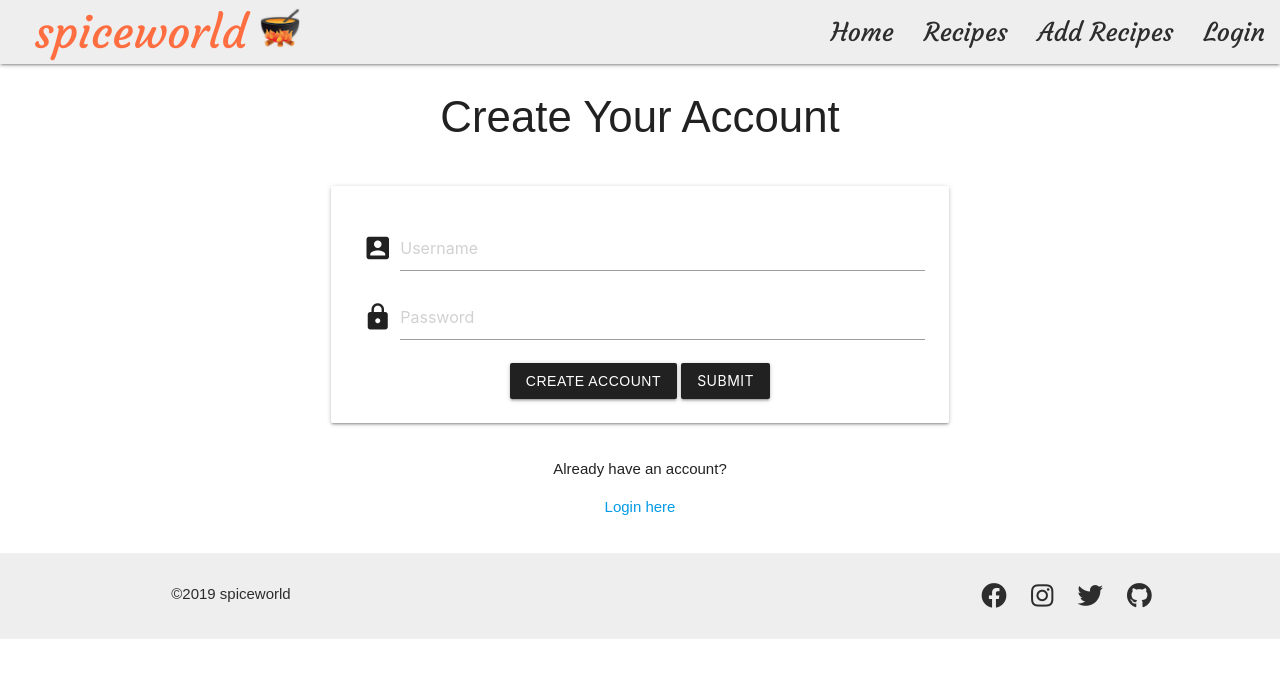
Repository: stephyraju/spiceworld
Page: templates/register.html
The author's editor kept a record of every edit. The page is drawn from the files as they stood at one moment, then again after the next edit.
The browser window is 1280 px wide. The pictures show the whole page.
Some web libraries are served in a nearby version. The page is served by the project's application, run on Flask 3 (app.py). The template is opened directly, without the code that normally fills it, so the values that code supplies are empty.

Above is the page before.

### templates/register.html
{% extends 'index.html' %} {% block content %}
<section class="register-form">
    <div class="row center">
        <h3>Create Your Account</h3>
    </div>
    <div class="row">
        <div class="col s12 m8 offset-m2 l6 offset-l3">
            <div class="card-panel login center">
                <form method="POST" action="{{url_for('register')}}">
                    <div class="input-field">
                        <i class="material-icons prefix">account_box</i>
                        <input type="text" id="username" name="username" class="form-control"
                        placeholder="Username" required>
                    </div>
                    <div class="input-field">
                        <i class="material-icons prefix">lock</i>
                        <input type="password" id="password" name="password" class="form-control"
                        placeholder="Password" required>
                    </div>
                    <a class="waves-effect waves-light btn grey darken-4" type="submit" name="action">CREATE ACCOUNT</a>
                    <button class="btn waves-effect waves-light btn grey darken-4" type="submit" name="action">Submit

  </button>
                </form>
            </div>
        </div>
    </div>
    <div class="row center">
        <p class="login-register text-center">Already have an account?</p>
        <p><a href="{{url_for('index')}}"><strong>Login here</strong></a></p>

        <!-- if the user already exists,display an error message  -->
        {% with messages = get_flashed_messages() %} {% if messages %} {% for message in messages %}
        <p class="error_message">{{ message }}</p>
        {% endfor %} {% endif %} {% endwith %}

</section>
{% endblock %}

### templates/index.html
{% extends 'base.html'%} {% block content %}
<!-- Title image -->
<section class="title-container section-container">
 <img src="{{ url_for('static', filename='images/titleimg.jpg') }}" alt="title image">
 <div class="intro-content">
  <h5>Everyday Cooking Recipes</h5>
 </div>
</section>

<!-- Category -->
<section class="catergory-container section-container">
 <div class="row">
  <div class="col s1 offset-s2">
   <!-- Dropdown Trigger -->
   <a class='dropdown-trigger' href='#' data-target='dropdown1'>Starter</a>
  </div>
  <!-- Dropdown Structure -->
  <ul id='dropdown1' class='dropdown-content'>
   <li><a href="#!">one</a></li>
   <li><a href="#!">two</a></li>
   <li><a href="#!">three</a></li>
   <li><a href="#!">four</a></li>
   <li><a href="#!">five</a></li>
  </ul>

  <div class="col s1">
   <!-- Dropdown Trigger -->
   <a class='dropdown-trigger' href='#' data-target='dropdown1'>Main</a>
  </div>
  <!-- Dropdown Structure -->
  <ul id='dropdown1' class='dropdown-content'>
   <li><a href="#!">one</a></li>
   <li><a href="#!">two</a></li>
   <li><a href="#!">three</a></li>
   <li><a href="#!">four</a></li>
   <li><a href="#!">five</a></li>
  </ul>
  <div class="col s1">
   <!-- Dropdown Trigger -->
   <a class='dropdown-trigger' href='#' data-target='dropdown1'>Snacks</a>
  </div>
  <!-- Dropdown Structure -->
  <ul id='dropdown1' class='dropdown-content'>
   <li><a href="#!">one</a></li>
   <li><a href="#!">two</a></li>
   <li><a href="#!">three</a></li>
   <li><a href="#!">four</a></li>
   <li><a href="#!">five</a></li>
  </ul>
  <div class="col s1">
   <!-- Dropdown Trigger -->
   <a class='dropdown-trigger' href='#' data-target='dropdown1'>Dessert</a>
  </div>
  <!-- Dropdown Structure -->
  <ul id='dropdown1' class='dropdown-content'>
   <li><a href="#!">one</a></li>
   <li><a href="#!">two</a></li>
   <li><a href="#!">three</a></li>
   <li><a href="#!">four</a></li>
   <li><a href="#!">five</a></li>
  </ul>
  <div class="col s1">
   <!-- Dropdown Trigger -->
   <a class='dropdown-trigger' href='#' data-target='dropdown1'>Drinks</a>
  </div>
  <!-- Dropdown Structure -->
  <ul id='dropdown1' class='dropdown-content'>
   <li><a href="#!">one</a></li>
   <li><a href="#!">two</a></li>
   <li><a href="#!">three</a></li>
   <li><a href="#!">four</a></li>
   <li><a href="#!">five</a></li>
  </ul>
  <div class="col s1">
   <!-- Dropdown Trigger -->
   <a class='dropdown-trigger' href='#' data-target='dropdown1'>Baking</a>
  </div>
  <!-- Dropdown Structure -->
  <ul id='dropdown1' class='dropdown-content'>
   <li><a href="#!">one</a></li>
   <li><a href="#!">two</a></li>
   <li><a href="#!">three</a></li>
   <li><a href="#!">four</a></li>
   <li><a href="#!">five</a></li>
  </ul>
  <div class="col s1">
   <!-- Dropdown Trigger -->
   <a class='dropdown-trigger' href='#' data-target='dropdown1'>BBQ</a>
  </div>
  <!-- Dropdown Structure -->
  <ul id='dropdown1' class='dropdown-content'>
   <li><a href="#!">one</a></li>
   <li><a href="#!">two</a></li>
   <li><a href="#!">three</a></li>
   <li><a href="#!">four</a></li>
   <li><a href="#!">five</a></li>
  </ul>
  <div class="col s1">
   <!-- Dropdown Trigger -->
   <a class='dropdown-trigger' href='#' data-target='dropdown1'>Salads</a>
  </div>
  <!-- Dropdown Structure -->
  <ul id='dropdown1' class='dropdown-content'>
   <li><a href="#!">one</a></li>
   <li><a href="#!">two</a></li>
   <li><a href="#!">three</a></li>
   <li><a href="#!">four</a></li>
   <li><a href="#!">five</a></li>
  </ul>
 </div>
</section>
<!-- Carosal-Display -->
<section class="carosal-display">
 <div class="row">

  <div class="carousel">
   <a class="carousel-item" href="#one!"><img src="https://lorempixel.com/250/250/nature/1"></a>
   <a class="carousel-item" href="#two!"><img src="https://lorempixel.com/250/250/nature/2"></a>
   <a class="carousel-item" href="#three!"><img src="https://lorempixel.com/250/250/nature/3"></a>
   <a class="carousel-item" href="#four!"><img src="https://lorempixel.com/250/250/nature/4"></a>
   <a class="carousel-item" href="#five!"><img src="https://lorempixel.com/250/250/nature/5"></a>
  </div>
 </div>
</section>
<!-- Description -->
<section class="section-container div-description">
 <div class="row cells center">
  <div class="col s12">
   <h4> How Does It Work </h3>
  </div>
  <div class="col s12 m4 content">
   <h5>1.Create</h5>
   <p>Lorem ipsum dolor sit amet, consectetuer adipiscing elit, sed diam nonummy nibh euismod tincidunt ut laoreet dolore magna aliquam erat volutpat. </p>
  </div>
  <div class="col s12 m4 content">
   <h5>2.Discover</h5>
   <p>Lorem ipsum dolor sit amet, consectetuer adipiscing elit, sed diam nonummy nibh euismod tincidunt ut laoreet dolore magna aliquam erat volutpat. </p>
  </div>
  <div class="col s12 m4 content">
   <h5>3.Organize</h5>
   <p>Lorem ipsum dolor sit amet, consectetuer adipiscing elit, sed diam nonummy nibh euismod tincidunt ut laoreet dolore magna aliquam erat volutpat. </p>
  </div>
 </div>
</section>

{% endblock %}

### templates/base.html
<!DOCTYPE html>
<html lang="en">

<head>
  <meta charset="UTF-8">
  <meta name="viewport" content="width=device-width, initial-scale=1.0">
  <meta http-equiv="X-UA-Compatible" content="ie=edge">
  <title>spiceworld</title>

  <!--Import Google Icon Font-->
  <link href="https://fonts.googleapis.com/icon?family=Material+Icons" rel="stylesheet">
  <!--Font Awesome-->
  <link rel="stylesheet" href="https://use.fontawesome.com/releases/v5.8.2/css/all.css" integrity="sha384-oS3vJWv+0UjzBfQzYUhtDYW+Pj2yciDJxpsK1OYPAYjqT085Qq/1cq5FLXAZQ7Ay" crossorigin="anonymous">
  <!--Materialize CSS-->
  <link rel="stylesheet" href="https://cdnjs.cloudflare.com/ajax/libs/materialize/1.0.0/css/materialize.min.css">
  <!--CSS-->
  <link rel="stylesheet" href="{{ url_for('static', filename='css/style.css')}}" type="text/css" />

</head>

<body>

  <!--Header-->
  <header class="navbar-fixed">
    <nav>
      <div class="nav-wrapper grey lighten-3">
        <a href="#" class="brand-logo">spiceworld <img class="hide-on-med-and-down" src="{{ url_for('static', filename='images/logo.png') }}"></a>
        <a href="#" data-target="mobile-sidenav" class="sidenav-trigger"><i class="fas fa-bars"></i></a>
        <ul id="nav-mobile" class="right hide-on-med-and-down">
          <li><a href="{{ url_for('index') }}">Home</a></li>
          <li><a href="{{ url_for('get_recipes') }}">Recipes</a></li>
          <li><a href="{{ url_for('add_recipe') }}">Add Recipes</a></li>
          <li><a href="{{url_for('register')}}">Login</a></li>

        </ul>
      </div>
    </nav>
  </header>
  <!--Sidenav-->
  <ul class="sidenav" id="mobile-sidenav">
    <img class="responsive-img" src="{{ url_for('static', filename='images/sidenav.png') }}" alt="spices-image">

    <li><a class="active" href="#">Home</a></li>
    <li><a href="#!">Recipes</a></li>

    <li><a href="#">Login</a></li>
    <li><a class="waves-effect" href="#!">Third Link With Waves</a></li>
  </ul>

  <main>
    {% block content %}
    {% endblock %}
  </main>

  <footer class="page-footer grey lighten-3">

     <div class="row footer-content">
        <div class="col s5 m6">
          <div class="copyright">&copy;2019 spiceworld</div>
        </div>
        <div class="col s7 m3">
                    <a href="https://www.facebook.com/" target="_blank"><i class="fab fa-facebook social-icon"></i></a>
                    <a href="https://www.instagram.com/" target="_blank"><i class="fab fa-instagram social-icon"></i></a>
                    <a href="https://www.twitter.com/" target="_blank"><i class="fab fa-twitter social-icon"></i></a>
                    <a href="https://github.com/stephyraju" target="_blank"><i class="fab fa-github social-icon"></i></a>
        </div>

      </div>

  </footer>

  <script src="https://code.jquery.com/jquery-3.4.0.slim.js" integrity="sha256-milezx5lakrZu0OP9b2QWFy1ft/UEUK6NH1Jqz8hUhQ=" crossorigin="anonymous"></script>
  <script src="https://cdnjs.cloudflare.com/ajax/libs/materialize/1.0.0/js/materialize.min.js"></script>
  <script src="{{ url_for('static', filename='js/main.js') }}"></script>
</body>

</html>

### app.py
import os
from flask import Flask, render_template, redirect, request, url_for
from flask_pymongo import PyMongo
from bson.objectid import ObjectId

# declaring app name
app = Flask(__name__)

app.config['SECRET_KEY'] = os.getenv('SECRET')
app.config["MONGO_DBNAME"] = 'cook_book'
app.config["MONGO_URI"] = os.getenv('MONGO_URI', 'mongodb://localhost')

mongo = PyMongo(app)

@app.route('/')
@app.route('/index')
def index():
     return render_template("index.html", recipes=mongo.db.recipes.find())

#@app.route('/get_recipes',methods=['POST','GET'])
#def get_recipes():
 #   return render_template("recipes.html", recipes=mongo.db.recipes.find())


# -------CREATE---------#

@app.route('/add_recipe')
def add_recipe():
     return render_template("addrecipe.html",
               recipes=mongo.db.recipes.find(),
               categories = mongo.db.categories.find(),
               cuisines=mongo.db.cuisines.find(),
               difficulty=mongo.db.difficulty.find(),
               allergens=mongo.db.allergens.find())


@app.route('/insert_recipe', methods=['POST'])
def insert_recipe():
    print(request.form)
    print(request.form.getlist('ingredients[]'))
    print(request.form.getlist('preparation[]'))
    print(request.form.to_dict())
    recipes = mongo.db.recipes
    data = request.form.to_dict()
    data.update({'ingredients':request.form.getlist('ingredients[]')})
    data.update({'preparation':request.form.getlist('preparation[]')})
    del data['ingredients[]']
    del data['preparation[]']
    recipes.insert_one(data)
    return redirect(url_for('get_recipes'))

#-------READ--------#

@app.route("/get_recipes", methods=['POST', 'GET'])
def get_recipes():
    return render_template('recipes.html',
                         recipes=mongo.db.recipes.find(),
                         categories = mongo.db.categories.find())

@app.route('/view/recipe_id?=<id>')
def view(id):
    recipe = mongo.db.recipes.find_one({"_id": ObjectId(id)})
    return render_template('view.html',
                        title='View Recipe',
                        recipe=recipe)

#-----------UPDATE-----------#

@app.route('/edit_recipe/<recipe_id>')
def edit_recipe(recipe_id):
    recipe = mongo.db.recipes.find_one({"_id":ObjectId(recipe_id)})
    return render_template('editrecipe.html',
                            recipe=recipe,
                            categories=mongo.db.categories.find(),
                            cuisine=mongo.db.cuisine.find(),
                            difficulty=mongo.db.difficulty.find(),
                            allergens=mongo.db.allergens.find())

@app.route('/update_recipe/<recipe_id>', methods=["POST"])
def update_recipe(recipe_id):
    recipe = mongo.db.recipes
    recipe = mongo.db.recipes.find({"_id":ObjectId(recipe_id)},
        {
        'recipe_name':request.form.get('recipe_name'),
        'category_name':request.form.get('category_name'),
        'description': request.form.get('description'),
        'serves':request.form('serves'),
        'cooking_time':request.form('cooking_time'),
        'cuisine':request.form('cuisine'),
        'allergens':request.form.get('allergens'),
        'image_url' :request.file('image_url'),
        'ingredients':request.form.getlist("ingredients"),
        'preparation':request.form.getlist('preparation')
        })
    return redirect(url_for('get_recipes',recipe_id=recipe_id))

if __name__ == '__main__':
    app.run(host=os.environ.get('IP'),
            port=int(os.environ.get('PORT')),
            debug=True)

### static/css/style.css
@import url('https://fonts.googleapis.com/css?family=Courgette&display=swap');

body {
  font-family: 'ProximaNova Regular', sans-serif;
  display: flex;
  flex-direction: column;
  min-height: 100vh;
  overflow-x: hidden;
}
.section-container {
  max-width: 100%;
  margin-left: auto;
  margin-right: auto;
  padding-left: 15px;
  padding-right: 15px;
  border-radius: 5px;
}

/* -------- Nav Bar ----------*/

nav {
     font-family: 'Courgette';
}

nav .brand-logo {
    color: #ff6e40;
    font-size: 3rem;
    font-family: 'Courgette', cursive;
    -webkit-transition: 0.2s;
    -o-transition: 0.2s;
    transition: 0.2s;
}

@media screen and (min-width: 993px){
nav .brand-logo {
    margin-left: 2.3rem;
}
}
nav ul a {
  color:#2d2d2d;
  font-size: 1.7rem;
  font-family: 'Courgette';
}
nav ul a:hover,
nav ul .active {
  color:#76c14f;
}
.fa-bars{
  color: #ff6e40;
}
h4,h5{
  font-family: 'Muli','sans-serif';
}
/*--------Title----------*/

.title-container{
  position: relative;
  text-align: center;
  color: white;
  width:100%;
  margin-top: 20px;
}
.title-container img{
    display: block;
    width: 100%;
    height: 25vh;
    object-fit: cover;
    border-radius: 5px;
}

.intro-content{
  position: absolute;
  top: 50%;
  left: 70%;
  transform: translate(-50%, -50%);
}
/*--------Category---------*/

.catergory-container{
  font-size: 1.2rem;
  color:#2d2d2d;
  margin-top: 20px;
  background-color:#eeeeee;
  height:70px;
  margin-left: 15px;
  margin-right: 15px;
}
.catergory-container .row {
  padding-top: 20px;
}
.catergory-container a {
  color:#2d2d2d;
}
.catergory-container a :hover {
  color:#ff6e40 !important;
}

/*--------Description---------*/
.cells h4 {
  font-family: 'Muli','sans-serif';
}
.cells h5{
  color: #76c14f;
  font-size: 1.5rem;
  font-family: 'Courgette',sans-serif;
}
 p {
  padding-left: 30px;
  padding-right: 30px;
}
.content{
  margin-top: 20px;
  margin-bottom: 20px;
}

.recipe-card .card .card-image img {
  display: block;
  position: relative;
  width: 100%;
  height: 200px;
  }


/*--------View Recipe---------*/
.icon-color{
  color:rgb(109, 174, 177);
}
 .recipe-card .card-image{
   padding-top: 20px;
 }
 .recipe-view .card {
   background-color: #fcf4ec;
 }
 .preparation ol li {
   padding: 0px 15px 15px 15px;
 }
 .ingredients ul li {
    padding: 0px 15px 15px 15px;
    list-style-type: square;
 }
/*--------Footer---------*/

.page-footer i{
  color:#2d2d2d;
}
.page-footer i:hover{
   color:#ff6e40;
}
.page-footer {
    min-height: 45px;
}
.footer-content{
  display:flex;
  color:#2d2d2d;
}
.copyright{
  padding-top: 10px;
}
.social-icon {
  margin: 10px;
  color: white;
  font-size: 1.7rem;
}

### static/js/main.js
$(document).ready(function(){
    $('.sidenav').sidenav();
    $('.dropdown-trigger').dropdown();
    $('select').formSelect();
    $('.carousel').carousel();

  });

 var ingredientField = $(".ingredient").length;
    $("#add_ingredient").on("click", function () {
        $("select").formSelect("destroy");
        $(".new-ingredient:first").clone().insertBefore("#add_ingredient").find("input[type='text'], select, textarea").val("");
        $("select").formSelect();
        ingredientField += 1;
    });

    $("#remove_ingredient").on("click", function () {
        if (ingredientField > 1) {
            /* only remove the :last item */
            $(this).siblings(".new-ingredient:last").remove();
            /* ensure original ingredient line never gets deleted */
            ingredientField-= 1;
        }
    });


var preparationField = $(".preparation").length;
    /* add new cloned item */
    $("#add_step").on("click", function () {
        $(".new-step:first").clone().insertBefore("#add_step").find("input[type='text'], select, textarea").val("");
        /* increase counter so original direction is never removed */
       preparationField += 1;
    });
    /* delete last cloned item */
    $("#remove_step").on("click", function () {
        if ( preparationField > 1) {
            /* only remove the :last item */
            $(this).siblings(".new-step:last").remove();
            /* ensure original direction line never gets deleted */
            preparationField-= 1;
        }
    });

After the next edit:
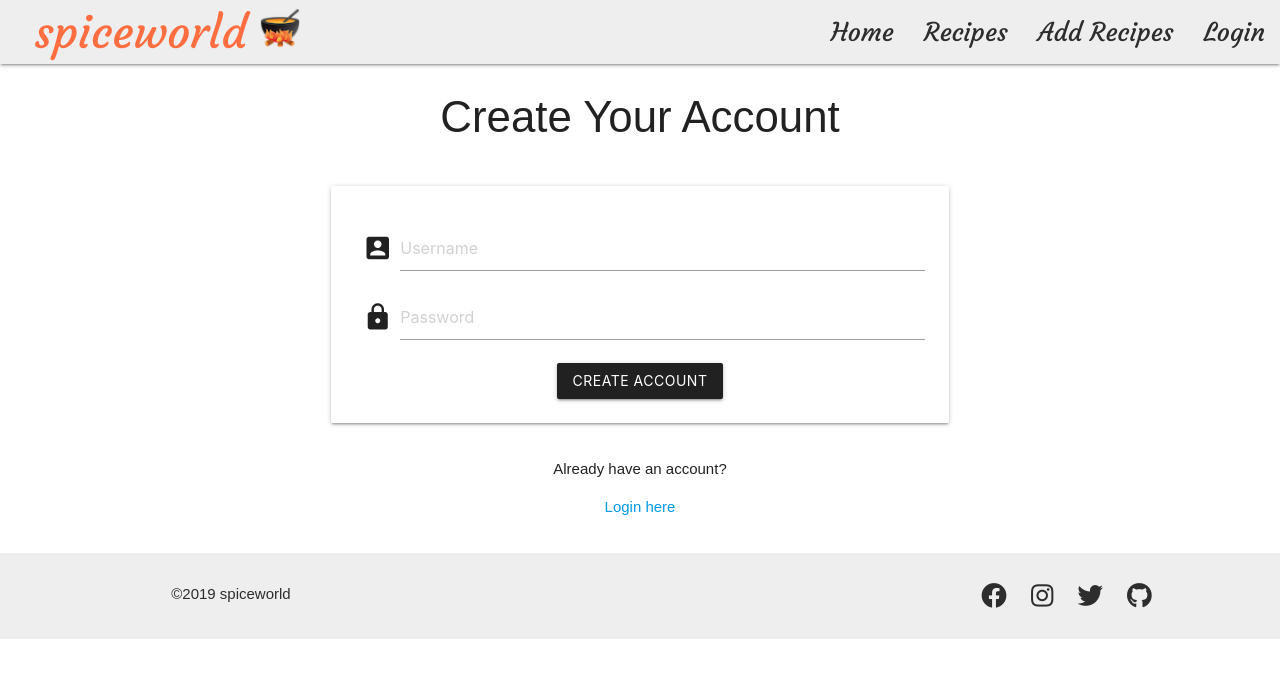
The edit:
--- a/templates/register.html
+++ b/templates/register.html
@@ -17,8 +17,8 @@
                         <input type="password" id="password" name="password" class="form-control"
                         placeholder="Password" required>
                     </div>
-                    <a class="waves-effect waves-light btn grey darken-4" type="submit" name="action">CREATE ACCOUNT</a>
-                    <button class="btn waves-effect waves-light btn grey darken-4" type="submit" name="action">Submit
+
+                    <button class="btn waves-effect waves-light btn grey darken-4" type="submit" name="action">CREATE ACCOUNT
 
   </button>
                 </form>
